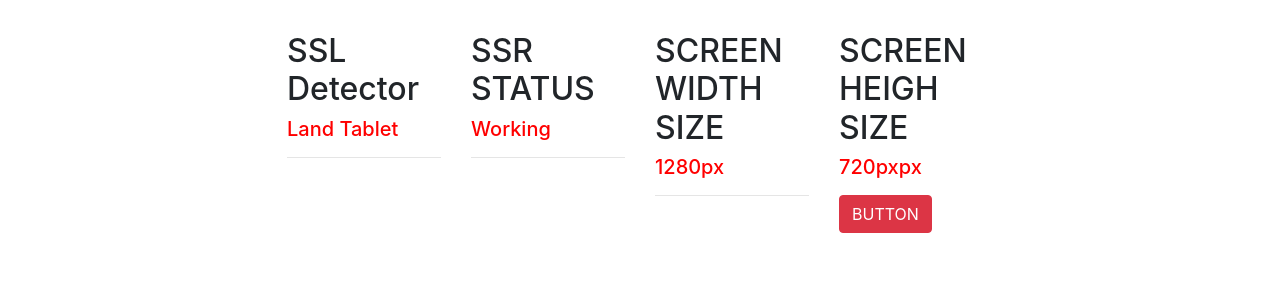
Repository: adrihle/screen-detector-nextpwa
Page: /
The author's editor kept a copy of each file at every save. The page is drawn from the files as they stood at one save, then again after the next save.
The browser window is 1280 px wide. The pictures show the whole page.
The project was rebuilt for these pictures with package versions that can differ from the ones it lists, and the page was loaded fresh each time. The framework's server and built-in components were replaced by stand-ins that run in the browser. Imported but missing from the stored project, and not drawn on this page: pages/_document.

Above is the page before, as saved 2020-12-29 18:12:20.

After the next save:
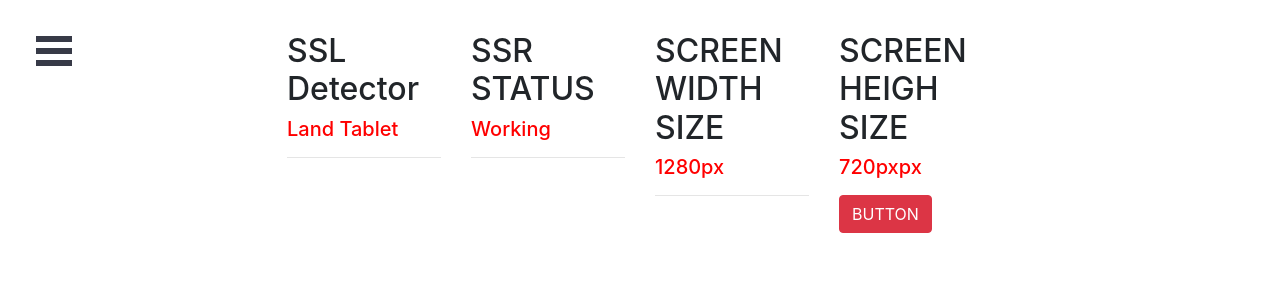
Saved 56 s later.
--- a/components/navigation/mobile.tsx
+++ b/components/navigation/mobile.tsx
@@ -1,8 +1,53 @@
 import { slide as Menu } from 'react-burger-menu'
+
+var styles = {
+    bmBurgerButton: {
+      position: 'fixed',
+      width: '36px',
+      height: '30px',
+      left: '36px',
+      top: '36px'
+    },
+    bmBurgerBars: {
+      background: '#373a47'
+    },
+    bmBurgerBarsHover: {
+      background: '#a90000'
+    },
+    bmCrossButton: {
+      height: '24px',
+      width: '24px'
+    },
+    bmCross: {
+      background: '#bdc3c7'
+    },
+    bmMenuWrap: {
+      position: 'fixed',
+      height: '100%'
+    },
+    bmMenu: {
+      background: '#373a47',
+      padding: '2.5em 1.5em 0',
+      fontSize: '1.15em'
+    },
+    bmMorphShape: {
+      fill: '#373a47'
+    },
+    bmItemList: {
+      color: '#b8b7ad',
+      padding: '0.8em'
+    },
+    bmItem: {
+      display: 'inline-block'
+    },
+    bmOverlay: {
+      background: 'rgba(0, 0, 0, 0.3)'
+    }
+  }
 
 const Mobile = () => {
     return (
-        <Menu>
+        <Menu styles={styles}>
             <a id="home" className="menu-item" href="/">Home</a>
             <a id="about" className="menu-item" href="/about">About</a>
             <a id="contact" className="menu-item" href="/contact">Contact</a>
